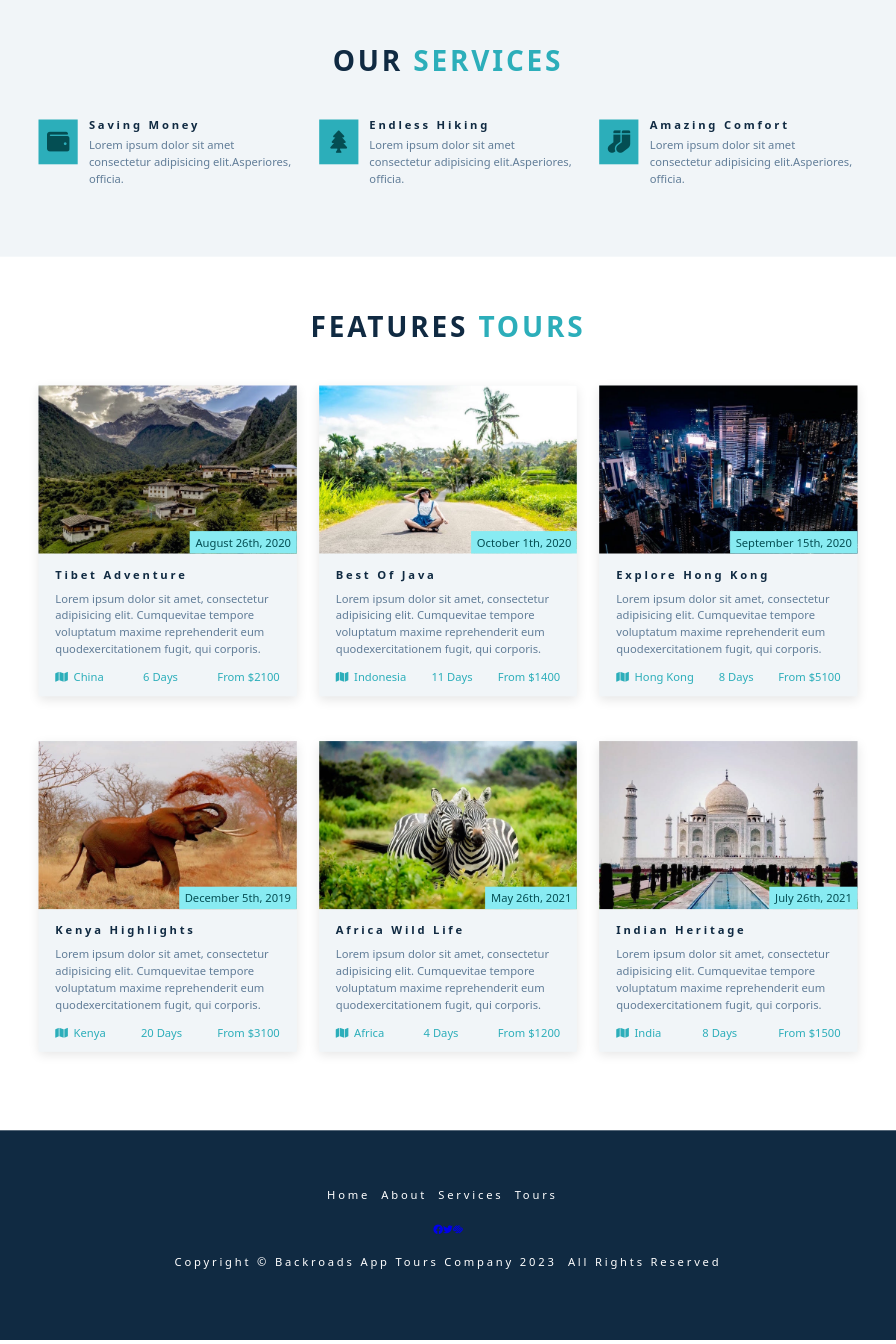
Repository: shivyank121/backRoad-app
Page: /
These files come from the project's save history. The page is drawn as it stood at one moment and after the next save; the edit follows.
The browser window is 1280 px wide. The pictures show the part of the page from y = 1424 to 3344 px (the page is 3344 px tall before and 3112 px after), at 70% of full size.
Some web libraries are served in a nearby version. The project was rebuilt for these pictures with package versions that can differ from the ones it lists, and the page was loaded fresh each time.

Above is the page before, as saved 2023-08-21 18:34:49.

After the next save:
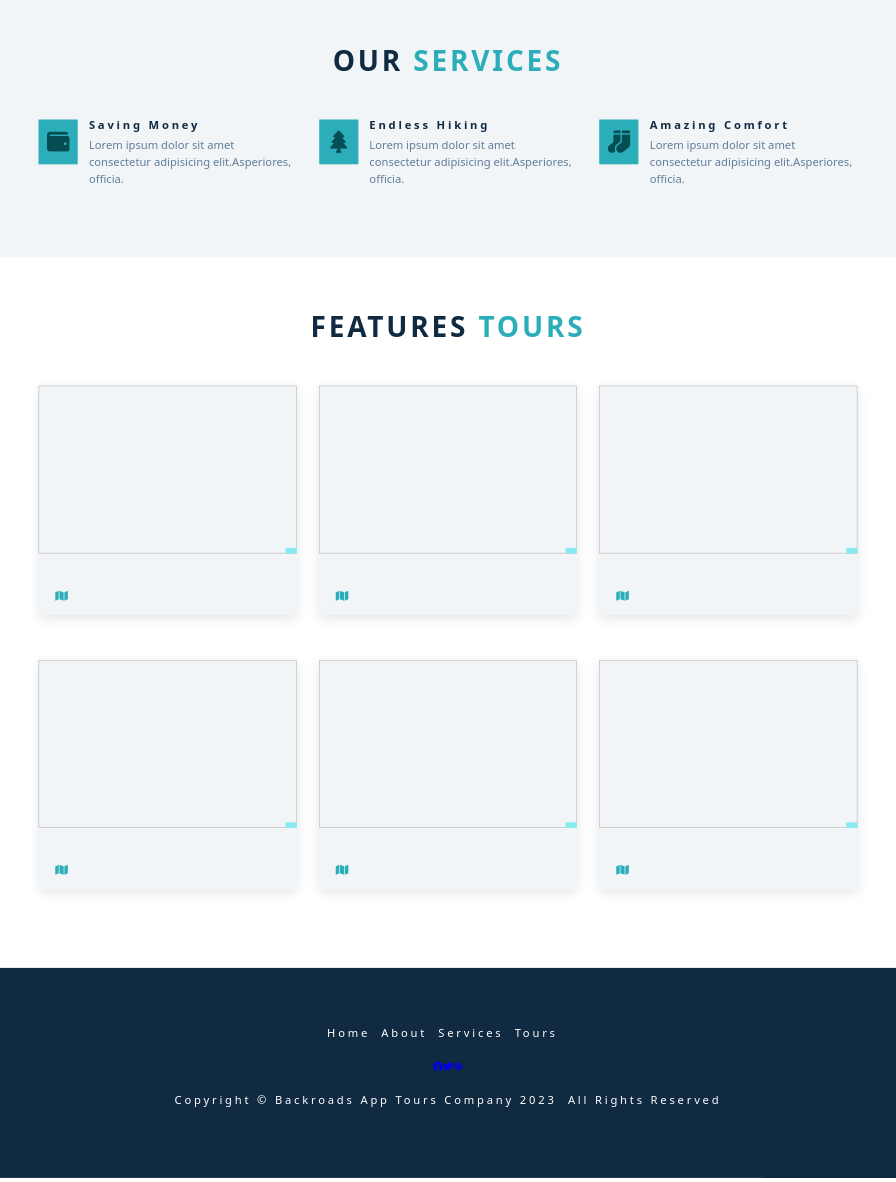
Saved 42 s later.
--- a/src/components/Tours.js
+++ b/src/components/Tours.js
@@ -1,6 +1,7 @@
 import React from 'react'
 import Title from './Title'
 import { tours } from '../data'
+import Tour from './Tour'
 
 export const Tours = () => {
   return (
@@ -14,27 +15,7 @@
       {tours.map((tour)=>{
      const {id, img, date,title,info, location,duration,price} = tour
       return(
-        <article className="tour-card" key={id}>
-        <div className="tour-img-container">
-          <img src={img} className="tour-img" alt="" />
-          <p className="tour-date">{date}</p>
-        </div>
-        <div className="tour-info">
-          <div className="tour-title">
-            <h4>{title}</h4>
-          </div>
-          <p>
-            {info}
-          </p>
-          <div className="tour-footer">
-            <p>
-              <span><i className="fas fa-map"></i></span> {location}
-            </p>
-            <p>{duration}</p>
-            <p>{price}</p>
-          </div>
-        </div>
-      </article>
+       <Tour />
       )
       })}
 

After the save that followed:
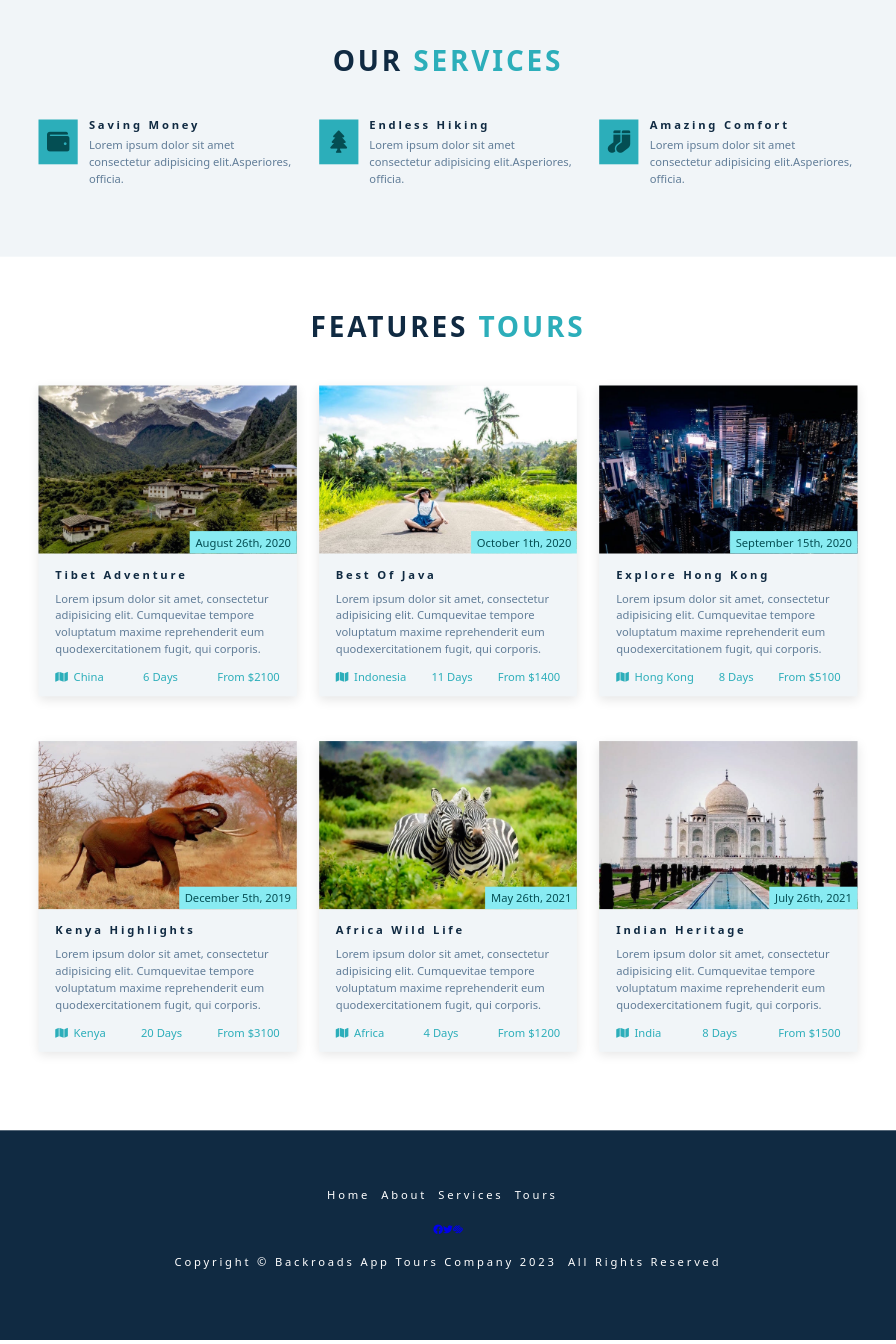
Saved 31 s later.
--- a/src/components/Tours.js
+++ b/src/components/Tours.js
@@ -13,9 +13,9 @@
     <div className="section-center featured-center">
 
       {tours.map((tour)=>{
-     const {id, img, date,title,info, location,duration,price} = tour
+
       return(
-       <Tour />
+       <Tour key={tour.id} {...tour} />
       )
       })}
 
